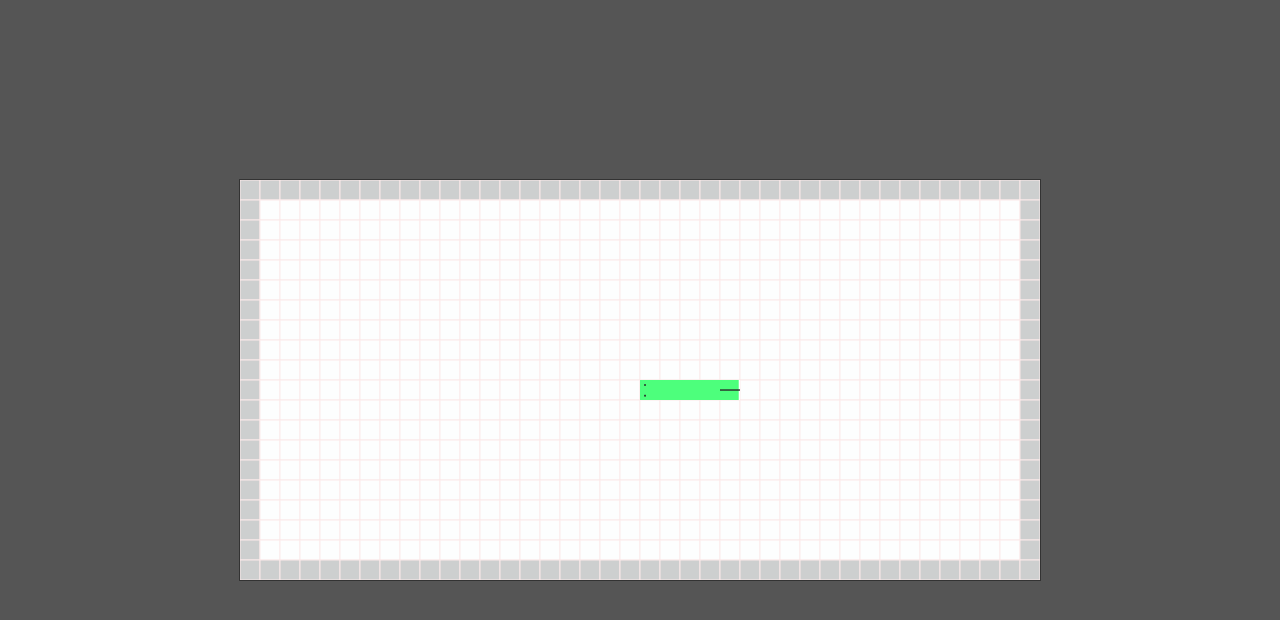
Repository: newstar456/Snake-Game
Page: /
The author's editor kept a copy of each file at every save. The page is drawn from the files as they stood at one save, then again after the next save.
The browser window is 1280 px wide. The pictures show the whole page.
The project was rebuilt for these pictures with package versions that can differ from the ones it lists, and the page was loaded fresh each time. The framework's server and built-in components were replaced by stand-ins that run in the browser. Also part of the build but not shown: next.config.ts.

Above is the page before, as saved 2025-06-07 12:58:51.

### src/app/page.tsx
import GameBoard from '@components/GameBoard';

export default function Home() {
  return (
    <main className="min-h-screen flex items-center justify-center">
      <GameBoard />
    </main>
  );
}

### src/components/GameBoard.tsx
'use client'

import { useEffect, useRef } from 'react';
import GameField from '@lib/GameField';
import Snake from '@lib/Snake';

const GameBoard = () => {
  const canvasRef = useRef<HTMLCanvasElement>(null);
  const fieldRef = useRef<GameField>();
  const snakeRef = useRef<Snake>();
  const cellSize = 20;

  useEffect(() => {

    const canvas = canvasRef.current;
    const ctx = canvas?.getContext("2d");
    if (!canvas || !ctx) return;

    fieldRef.current = new GameField();
    const startX = Math.floor(40 / 2);
    const startY = Math.floor(20 / 2);
    snakeRef.current = new Snake(startX, startY, cellSize);

    const render = () => {
      ctx.clearRect(0, 0, canvas.width, canvas.height);
      fieldRef.current?.draw(ctx);
      snakeRef.current?.draw(ctx);
    };

    const loop = () => {

      // snakeRef.current?.move();
              // debugger;
      render();
    };

    const interval = setInterval(loop, 500);

    const handleKeyDown = (e: KeyboardEvent) => {
      const snake = snakeRef.current;
      if (!snake) return;

      switch (e.key) {
        case 'ArrowUp':
          snake.setDirection('up');
          break;
        case 'ArrowDown':
          snake.setDirection('down');
          break;
        case 'ArrowLeft':
          snake.setDirection('left');
          break;
        case 'ArrowRight':
          snake.setDirection('right');
          break;
      }
    };

    window.addEventListener('keydown', handleKeyDown);

    return () => {
      clearInterval(interval);
      window.removeEventListener('keydown', handleKeyDown);
    };

  }, []);

  return (
    <div className="flex justify-center mt-10">
      <canvas
        ref={canvasRef}
        width={800}
        height={400}
        style={{ border: "1px solid #333" }}
      />
    </div>
  );
};

export default GameBoard;

### src/lib/GameField.ts
import GameCell from './GameCell';

export default class GameField {
  cells: GameCell[][] = [];
  cols: number = 40;
  rows: number = 20;
  cellSize: number = 20;

  constructor() {
    this.initializeField();
  }

  initializeField() {
    for (let y = 0; y < 20; y++) {
      const row: GameCell[] = [];
      for (let x = 0; x < this.cols; x++) {
        const isBorder = x === 0 || y === 0 || x === this.cols - 1 || y === this.rows - 1;
        const cell = new GameCell(x * this.cellSize, y * this.cellSize, !isBorder);
        row.push(cell);
      }
      this.cells.push(row);
    }
  }

  draw(context: CanvasRenderingContext2D) {
    for (const row of this.cells) {
      for (const cell of row) {
        cell.draw(context);
      }
    }
  }
}

### src/lib/Snake.ts
import SnakeSegment from './SnakeSegment';

export default class Snake {
  segments: SnakeSegment[] = [];
  direction: 'up' | 'down' | 'left' | 'right' = 'left';
  cellSize: number;

  constructor(startX: number, startY: number, cellSize: number) {
    this.cellSize = cellSize;

    for (let i = 0; i < 5; i++) {
      const type = i === 0 ? 'head' : (i === 4 ? 'tail' : 'body');
      const segment = new SnakeSegment(startX + i, startY, type, this.direction);
      this.segments.push(segment);
    }
  }

  move() {
    const head = this.segments[0];
    const newHead = new SnakeSegment(head.x, head.y, 'head', this.direction);

    switch (this.direction) {
      case 'up':
        newHead.y -= 1;
        break;
      case 'down':
        newHead.y += 1;
        break;
      case 'left':
        newHead.x -= 1;
        break;
      case 'right':
        newHead.x += 1;
        break;
    }

    // Update current head to body
    this.segments[0].type = 'body';

    // Save last tail position
    const tail = this.segments[this.segments.length - 1];
    tail.lastTailPosition = { x: tail.x, y: tail.y };

    // Remove tail, insert new head
    this.segments.pop();
    this.segments.unshift(newHead);

    // Update tail marker
    this.segments[this.segments.length - 1].type = 'tail';
  }

  draw(ctx: CanvasRenderingContext2D) {
    for (const segment of this.segments) {
      segment.draw(ctx, this.cellSize);
    }
  }

  setDirection(newDirection: 'up' | 'down' | 'left' | 'right') {
    // Prevent reversal
    if (
      (this.direction === 'left' && newDirection === 'right') ||
      (this.direction === 'right' && newDirection === 'left') ||
      (this.direction === 'up' && newDirection === 'down') ||
      (this.direction === 'down' && newDirection === 'up')
    ) {
      return;
    }

    this.direction = newDirection;
  }
}

### src/lib/GameCell.ts
export default class GameCell {
  x: number;
  y: number;
  isWalkable: boolean;

  constructor(x: number, y: number, isWalkable: boolean) {
    this.x = x;
    this.y = y;
    this.isWalkable = isWalkable;
  }

  draw(context: CanvasRenderingContext2D) {
    context.fillStyle = this.isWalkable ? "#FDFEFE" : "#CDCFCF";
    context.fillRect(this.x, this.y, 20, 20);
    context.strokeStyle = "#FBEAEA";
    context.strokeRect(this.x, this.y, 20, 20);
  }
}

### src/lib/SnakeSegment.ts
import { preloadImage, getImage } from './ImageLoader';
export type SegmentType = 'head' | 'body' | 'tail';

export default class SnakeSegment {
  x: number;
  y: number;
  type: SegmentType;
  direction: 'up' | 'down' | 'left' | 'right';
  lastTailPosition?: { x: number; y: number };

  constructor(x: number, y: number, type: SegmentType, direction: 'up' | 'down' | 'left' | 'right') {
    this.x = x;
    this.y = y;
    this.type = type;
    this.direction = direction;
    this.lastTailPosition = { x, y };
  }

  getImageSrc():string{
    if (this.type === 'body') return '/assets/snake/body.png';
    return `/assets/snake/${this.type}-${this.direction}.png`;
  }

  async draw(ctx: CanvasRenderingContext2D, size: number) {
    const src = await this.getImageSrc();
    const img = await preloadImage(src);
    ctx.drawImage(img, this.x * size, this.y * size, size, size);
  }
}

### src/lib/ImageLoader.ts
const images: Record<string, HTMLImageElement> = {};
const imagePromises: { [key: string]: Promise<HTMLImageElement> | undefined } = {};

export function preloadImage(src: string):Promise<HTMLImageElement>  {

  if (images[src]) return Promise.resolve(images[src]);
  if (imagePromises[src]) return imagePromises[src];

  const img = new Image();
  const promise = new Promise<HTMLImageElement>((resolve, reject) => {
    img.onload = () => {
      images[src] = img;
      resolve(img);
    };
    img.onerror = reject;
  });

  img.src = src;
  imagePromises[src] = promise;
  return promise;

}

export function getImage(src: string): HTMLImageElement | undefined {
  return images[src];
}

Loaded but not shown: src/app/layout.tsx (common file); src/app/globals.css (common file); tailwind.config.ts (common file)

After the next save:
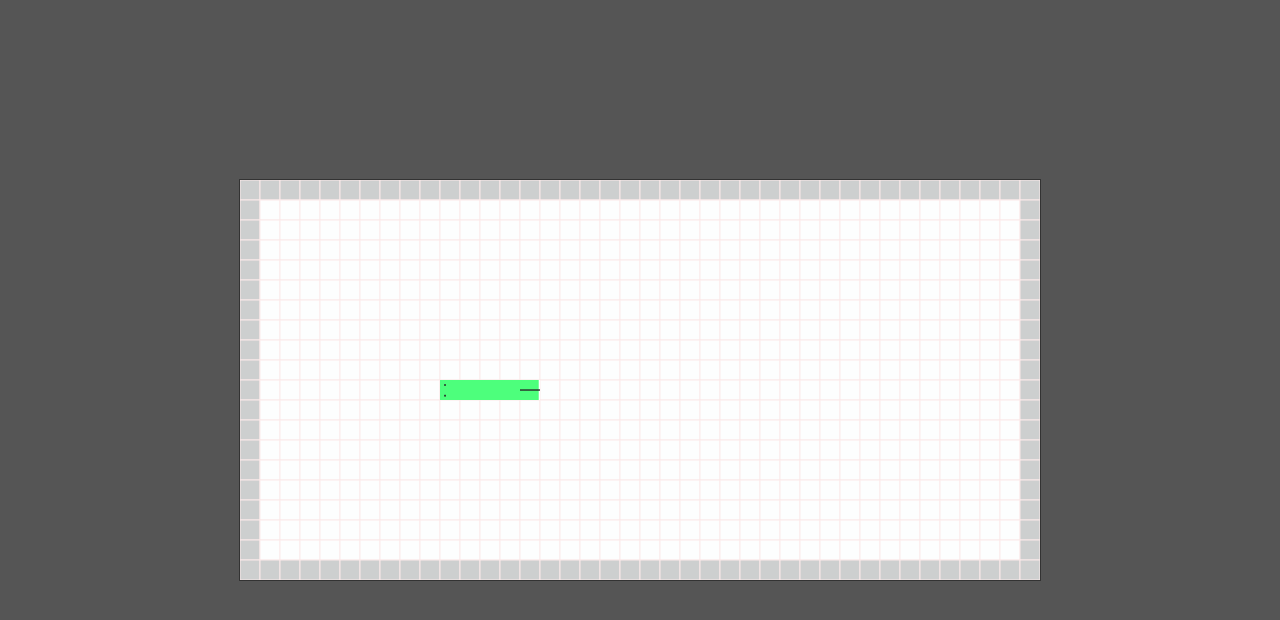
Saved 2 min 36 s later.
--- a/src/components/GameBoard.tsx
+++ b/src/components/GameBoard.tsx
@@ -29,7 +29,7 @@ const GameBoard = () => {
 
     const loop = () => {
 
-      // snakeRef.current?.move();
+      snakeRef.current?.move();
               // debugger;
       render();
     };
